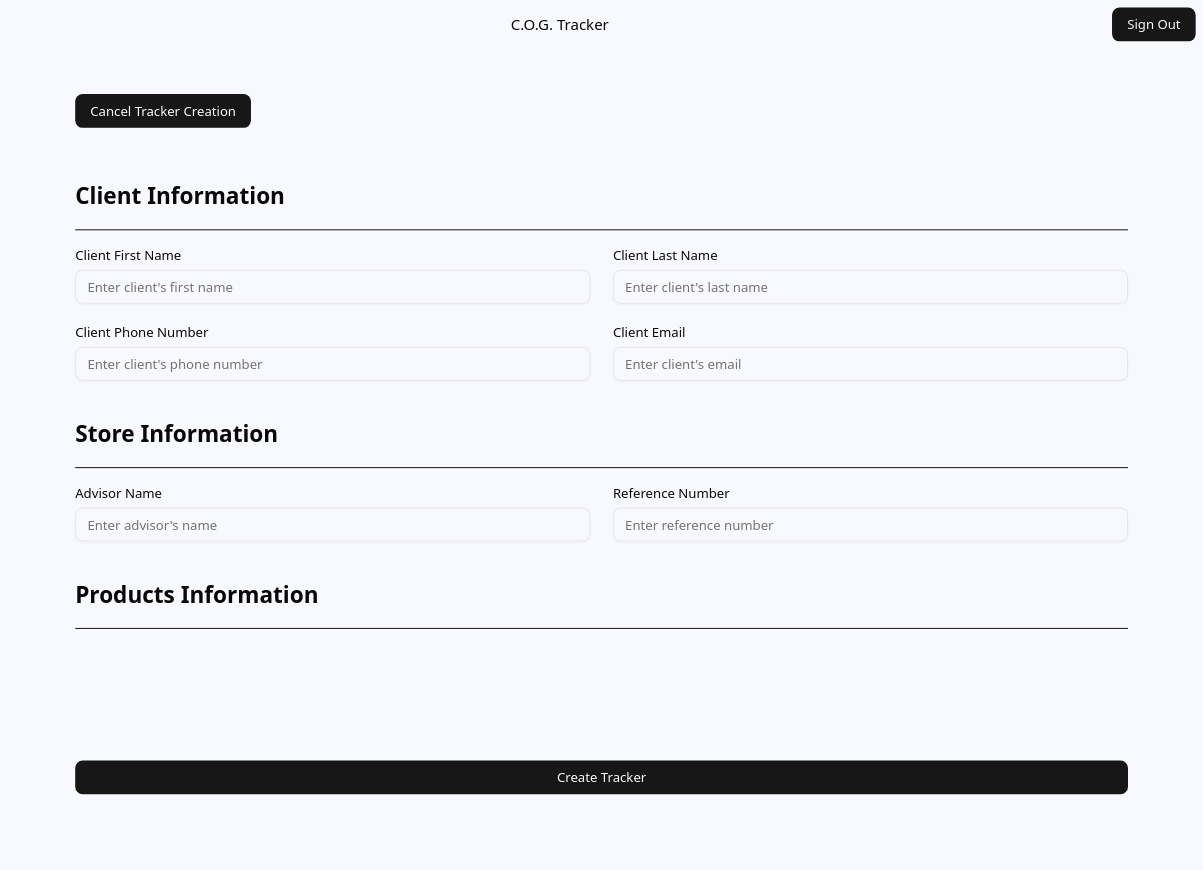
Repository: Renzo-Salosagcol/cog_tracker
Page: /dashboard/add-tracker
The author's editor kept a copy of each file at every save. The page is drawn from the files as they stood at one save, then again after the next save.
The browser window is 1280 px wide. The pictures show the whole page, at 94% of full size.
The page's requests for data from a server got no answer. The project was rebuilt for these pictures with package versions that can differ from the ones it lists, and the page was loaded fresh each time. The framework's server and built-in components were replaced by stand-ins that run in the browser. No one was signed in, and anything a server would have sent is missing. Also part of the build but not shown: next.config.ts.

Above is the page before, as saved 2026-01-16 19:48:25.

After the next save:
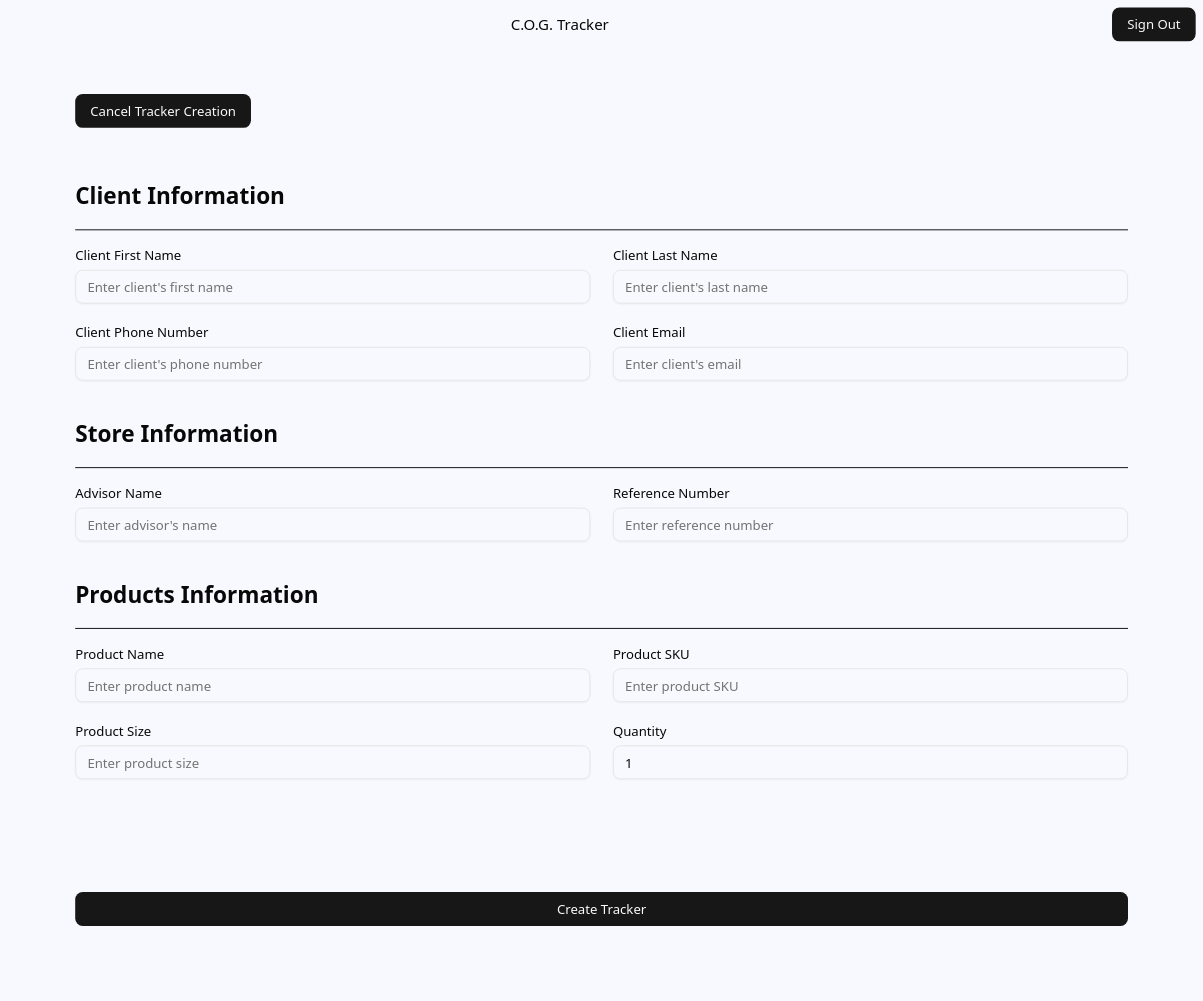
Saved 5 min 3 s later.
--- a/app/dashboard/add-tracker/page.tsx
+++ b/app/dashboard/add-tracker/page.tsx
@@ -218,6 +218,68 @@ export default function AddTrackerPage() {
                     })}
                     className="space-y-4 mb-10"
                   >
+                    <div className="grid grid-cols-2 gap-6">
+                      <FormField
+                        control={productForm.control}
+                        name="product_name"
+                        render={({ field }) => (
+                          <FormItem>
+                            <FormLabel>Product Name</FormLabel>
+                            <FormControl>
+                              <Input
+                                placeholder="Enter product name"
+                                {...field}
+                              />
+                            </FormControl>
+                          </FormItem>
+                        )}
+                      />
+                      <FormField
+                        control={productForm.control}
+                        name="product_sku"
+                        render={({ field }) => (
+                          <FormItem>
+                            <FormLabel>Product SKU</FormLabel>
+                            <FormControl>
+                              <Input
+                                placeholder="Enter product SKU"
+                                {...field}
+                              />
+                            </FormControl>
+                          </FormItem>
+                        )}
+                      />
+                      <FormField
+                        control={productForm.control}
+                        name="product_size"
+                        render={({ field }) => (
+                          <FormItem>
+                            <FormLabel>Product Size</FormLabel>
+                            <FormControl>
+                              <Input
+                                placeholder="Enter product size"
+                                {...field}
+                              />
+                            </FormControl>
+                          </FormItem>
+                        )}
+                      />
+                      <FormField
+                        control={productForm.control}
+                        name="quantity"
+                        render={({ field }) => (
+                          <FormItem>
+                            <FormLabel>Quantity</FormLabel>
+                            <FormControl>
+                              <Input
+                                type="number"
+                                placeholder="Enter quantity"
+                                {...field} />
+                            </FormControl>
+                          </FormItem>
+                        )}
+                      />
+                    </div>
                   </form>
                 </Form>
               </div>
